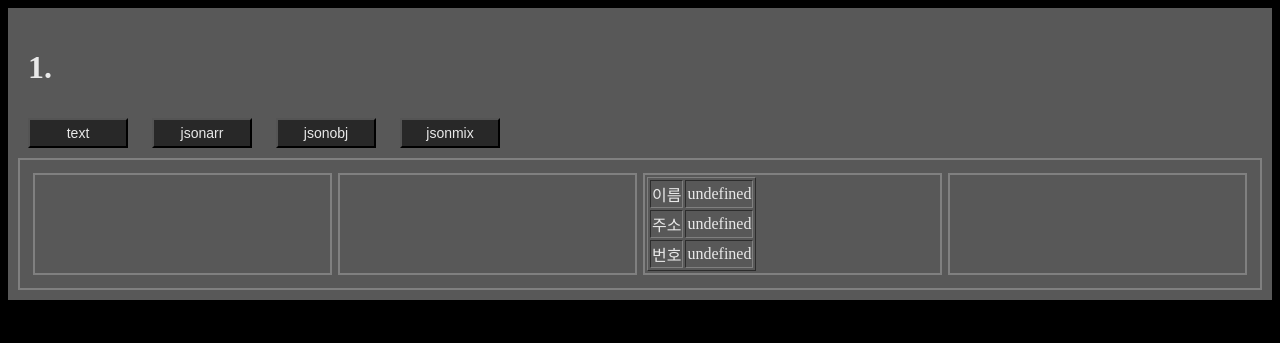
Repository: prawniel99/05_JQuery
Page: workspace/jqpro/WebContent/비동기3_XMLRequest/dataType.html
These files come from the project's save history. The page is drawn as it stood at one moment and after the next save; the edit follows.
The browser window is 1280 px wide. The pictures show the whole page.
After loading, the first visible `#jobj` was clicked once.

Above is the page before, as saved 2024-08-22 02:58:22.

### workspace/jqpro/WebContent/비동기3_XMLRequest/dataType.html
<!DOCTYPE html>
<html lang="kr">
<head>
    <meta charset="UTF-8">
    <meta name="viewport" content="width=device-width, initial-scale=1.0">
    <title>JSON</title>

    <link rel="stylesheet" href="../css/public.css">
    <script src="../js/jquery-3.7.1.js"></script>

    <style>
        #res {
        	display: flex;
        	flex-direction: row;
        }

        .item {
            flex: 25%;
            margin: 3px;
            padding: 2px;
        }
    </style>

    <script>

        const xhr = new XMLHttpRequest();
        console.log(xhr);

        $(()=>{

            $('#text').on('click', function(){

                // 요청
                xhr.open('get', 'text.jsp', true);
                xhr.send();

                // 응답
                xhr.onload = function(){
                    if(xhr.readyState == 4 && xhr.status == 200){
                        res = xhr.responseText; // json형식의 text문자열
                        // res = 홍길동/개나리/진달래/무궁화/수선화/라일락

                        // 배열로 만들기. 가져온 res 직렬 텍스트를 / 기준으로 잘라서
                        arr = res.split("/");

                        // 출력 형식 만들기
                        code = "<ul>";
                        for(item of arr){
                        	code += "<li>"+item+"</li>";
                        }
                        code += "</ul>";

                        // 출력
                        $('#result1').html(code);
                    }
                }
            }) // #text click 끝



            $('#jarr').on('click', function(){
            	xhr.open('get', 'jarr.jsp', true);
                xhr.send();

                xhr.onload = function(){
                    if(xhr.readyState == 4 && xhr.status == 200){
                    	res = this.responseText;
                        // res = ["홍길동", "개나리", "진달래", "수선화", "백장미", "코스모스"] // 이거랑 같은거

                        jres = JSON.parse(res); // 텍스트 기반의 json 배열 데이터를 script 객체로 변환한다 = 역직렬화. 직렬화는 stringify, gson은 toJSON from JSON.
                        code = "<ol>";
                        // for(a of jres){
                        //     code += `<li>${a}</li>`;
                        // }
                        $.each(jres, function(i, v){
                        	code += "<li>"+jres[i]+"</li>";
                        })
                        code += "</ol>";

                        $('#result2').html(code);

                    }
                }
            }) // #jarr click 끝



            $('#jobj').on('click', function(){
            	xhr.open('get', 'jobj.jsp', true);
                xhr.send();

                xhr.onload = function(){
                    if(xhr.readyState == 4 && xhr.status == 200){ // 위에 function() 으로 하고, ()=> 화살표로 안하면, xhr.ready 말고 this.ready 할 수 있음. 왜..
                    	res = this.responseText;

                        // 출력모양
                        code = "<table border='1'>";
                        code += "<tr><td>이름</td>";
                        code += "<td>"+res.name+"</td></tr>";

                        code += "<tr><td>주소</td>";
                        code += "<td>"+res.addr+"</td></tr>";

                        code += "<tr><td>번호</td>";
                        code += "<td>"+res.tel+"</td></tr>";
                        code += "</table>"



                        $('#result3').html(code);
                    }
                }
            }) // #jobj click 끝





        })
    </script>

</head>

<body>

    <div class="box">
        <h1>
        	1.
        </h1>

        <input type="button" value="text" id="text" title="id">
        <input type="button" value="jsonarr" id="jarr" title="jarr">
        <input type="button" value="jsonobj" id="jobj" title="jobj">
        <input type="button" value="jsonmix" id="jmix" title="jmix">

        <br>

		<div id="res">
	        <div class="item" id="result1"></div>
	        <div class="item" id="result2"></div>
	        <div class="item" id="result3"></div>
	        <div class="item" id="result4"></div>
		</div>
    </div>

</body>

</html>

### workspace/jqpro/WebContent/css/public.css
@charset "UTF-8";

body {
	background-color: black;
	color: rgb(233, 233, 233);
}

pre {
	text-align: left;
	font-weight: bold;
	border-left: none;
	border-right: none;
	border-top: 11px double rgba(120,20,20,1);
	border-bottom: 11px double rgba(120,20,20,1);
	background: rgb(222,222,222);
}

h1 {
	padding-left: 10px;
	padding-top: 10px;
}

h3 {
	margin: 10px;
	margin-bottom: 10px;
}

div {
	border: 2px solid grey;
	padding: 10px;
	/* margin: 10px; */
}

.box {
	border: none;
	/* background-image: linear-gradient(rgba(255,155,155), rgba(155,255,155)); */
	background-color: rgb(88, 88, 88);
	/* margin: 10px; */
	/* padding: 20px; */
}

.box input[type=button] {
	margin: 10px;
	background: rgb(40,40,40);
	color: rgb(233, 233, 233);
	font-size: 14px;
	/* padding: 0; */
	width: 100px;
	height: 30px;
	/* border-radius: 10px; */
}


#res {
	display: flex;
	flex-direction: row;
}

.item {
	flex: 25%;
	margin: 3px;
	padding: 2px;
}

Loaded but not shown: workspace/jqpro/WebContent/js/jquery-3.7.1.js (library)

After the next save:
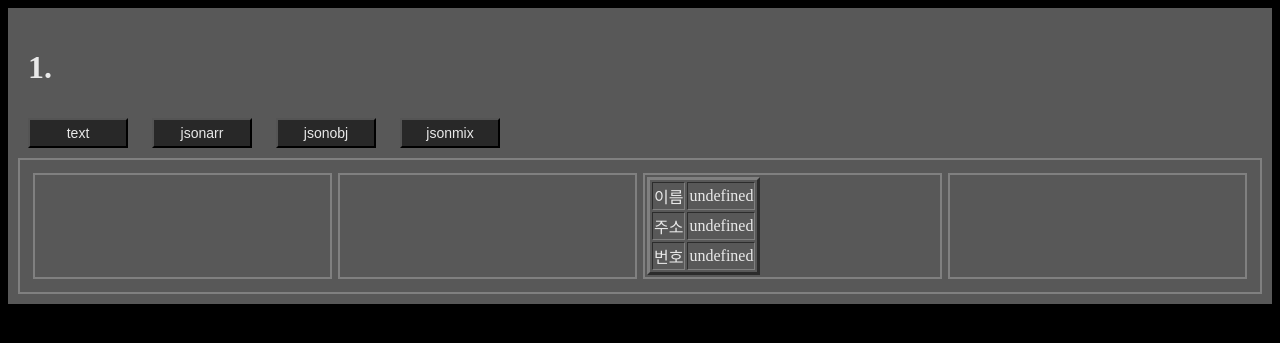
Saved 18 s later.
--- a/workspace/jqpro/WebContent/비동기3_XMLRequest/dataType.html
+++ b/workspace/jqpro/WebContent/비동기3_XMLRequest/dataType.html
@@ -94,7 +94,7 @@
                     	res = this.responseText;
 
                         // 출력모양
-                        code = "<table border='1'>";
+                        code = "<table border='3'>";
                         code += "<tr><td>이름</td>";
                         code += "<td>"+res.name+"</td></tr>";
 
